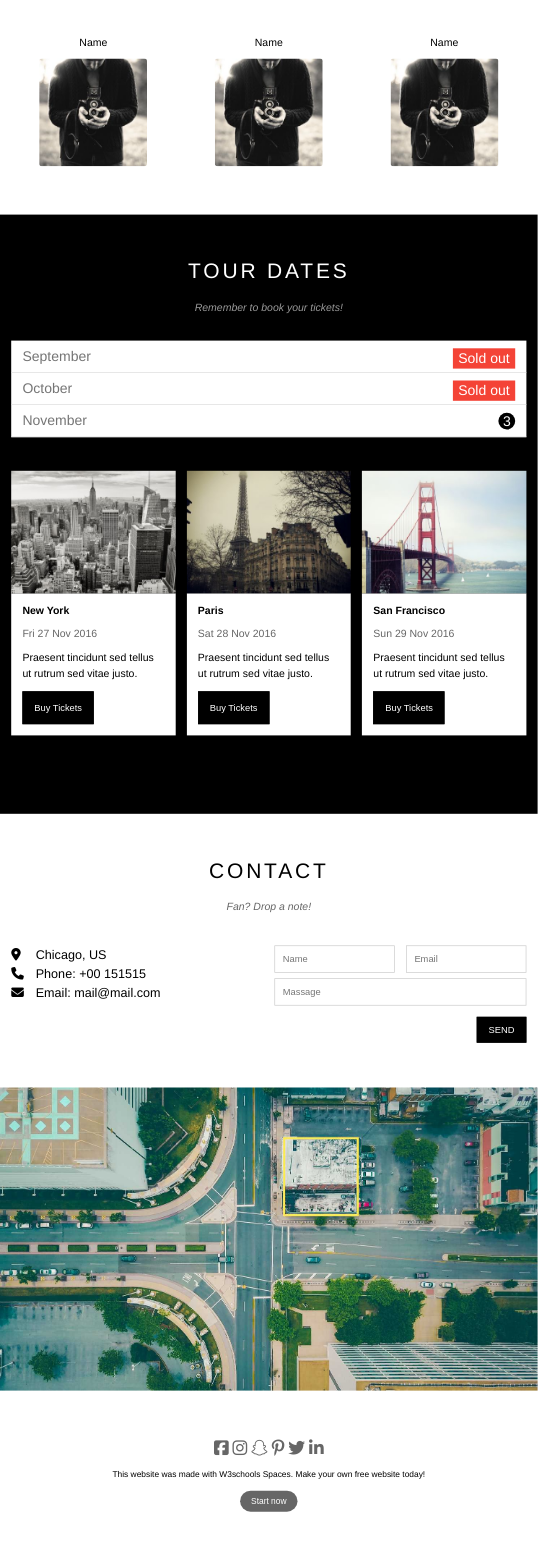
Repository: nugort/nugort.github.io
Page: learing/f8/the-band/index.html
An editor plug-in stored every save of this project. The page is shown before and after the next save, followed by the edit.
The browser window is 768 px wide. The pictures show the part of the page from y = 781 to 3021 px (the page is 3005 px tall before and 3021 px after), at 70% of full size.
Some web libraries are served in a nearby version.

Above is the page before, as saved 2022-03-07 04:39:33.

After the next save:
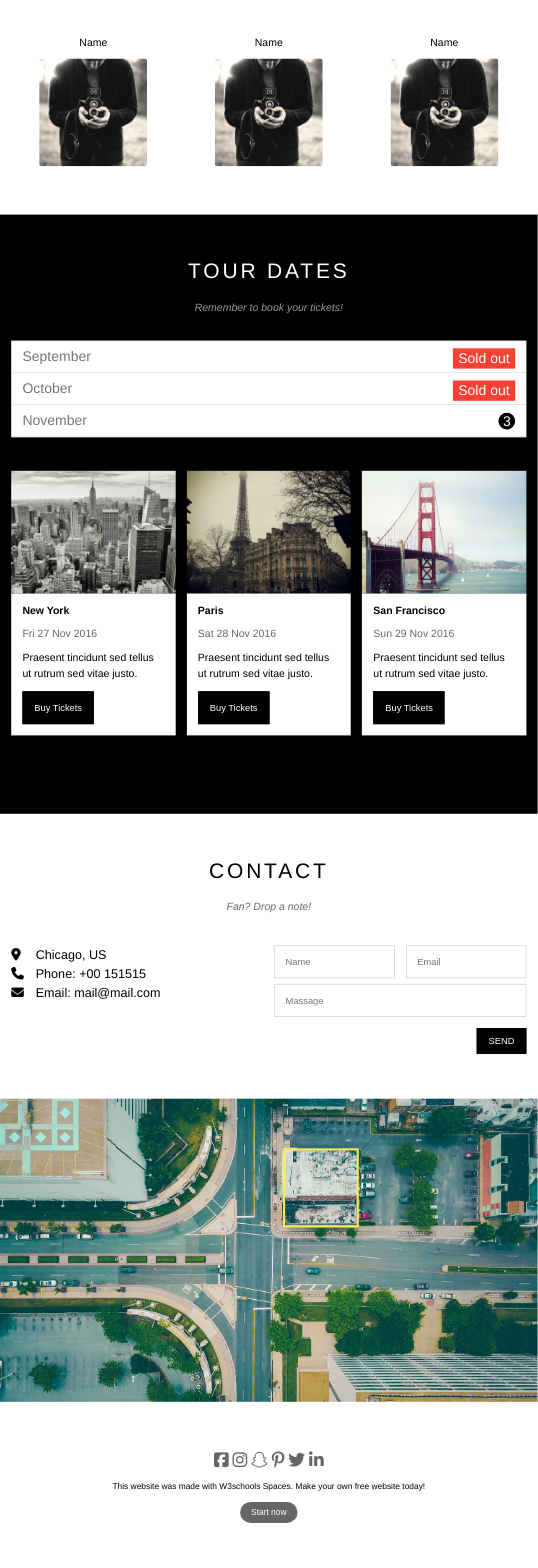
Saved 80 s later.
--- a/learing/f8/the-band/assets/css/responsive.css
+++ b/learing/f8/the-band/assets/css/responsive.css
@@ -18,6 +18,10 @@
 @media (max-width: 1023px) {
     .place-buy-btn {
         padding: 15px 16px;
+    }
+
+    .contact-form .form-control {
+        padding: 15px;
     }
 }
 
